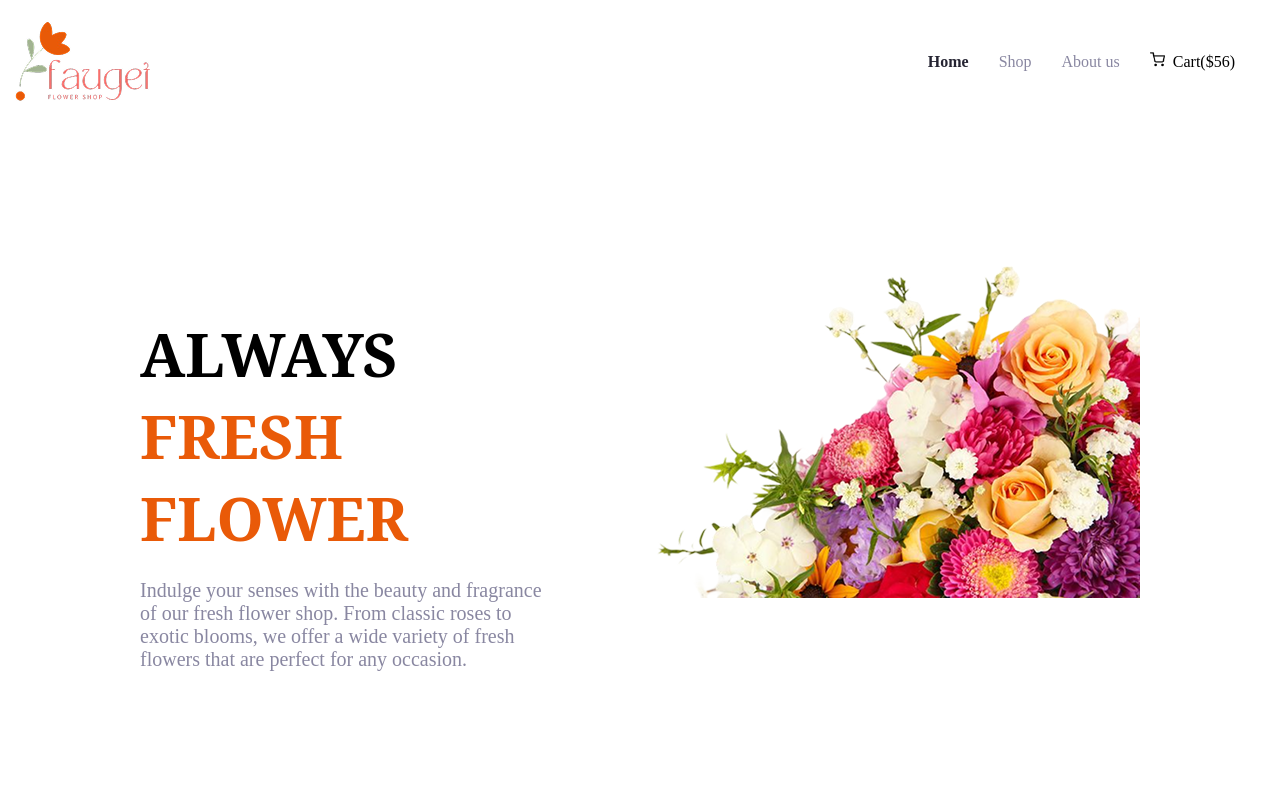
Repository: dollyrakhe22/Flowers-main-website
Page: index.html
The author's editor kept a copy of each file at every save. The page is drawn from the files as they stood at one save, then again after the next save.
The browser window is 1280 px wide. The pictures show the whole page.
Some web libraries are served in a nearby version.

Above is the page before, as saved 2025-07-25 11:15:19.

After the next save:
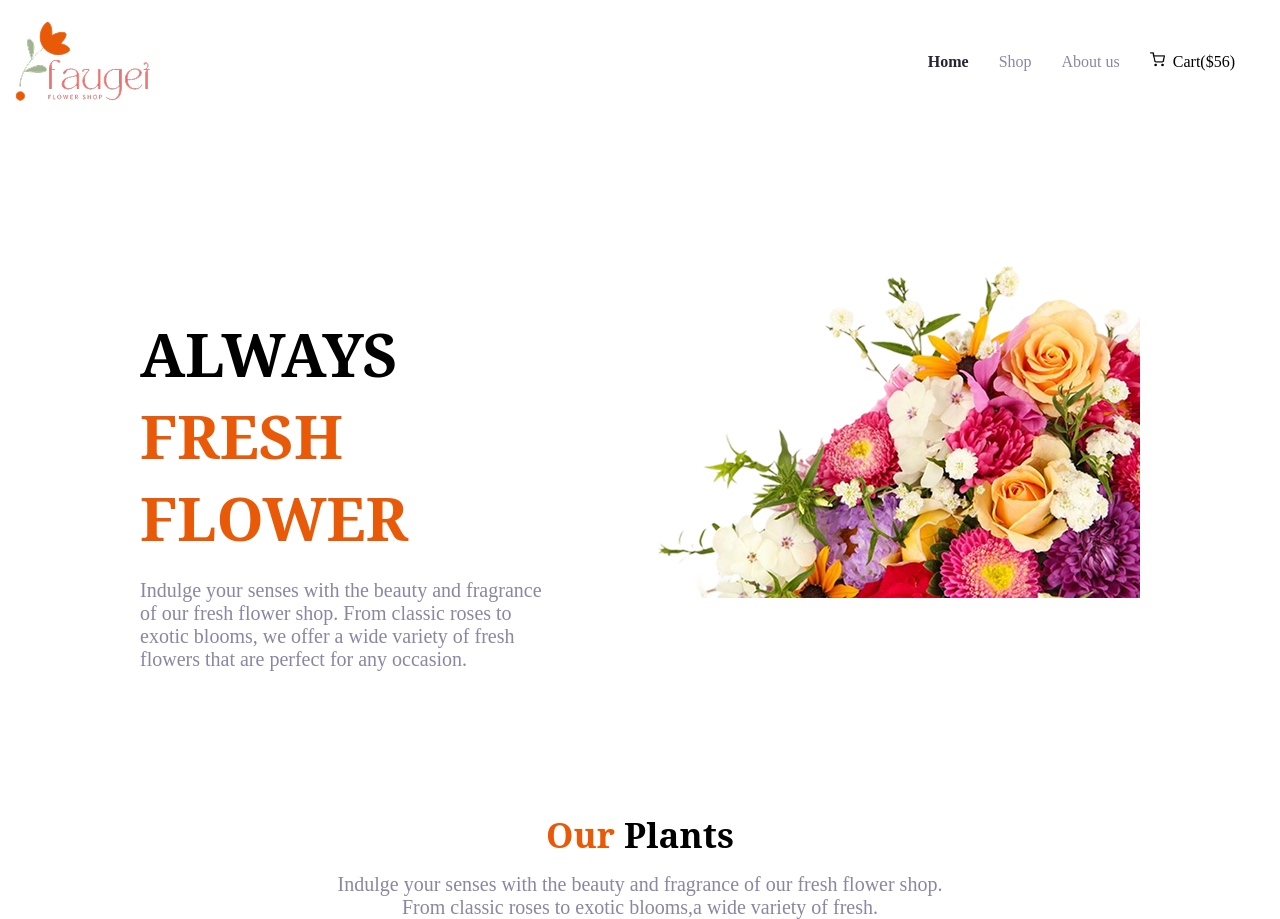
Saved 14 s later.
--- a/index.html
+++ b/index.html
@@ -37,7 +37,7 @@
 
  </section>
  <!--Plants-->
-<section class="plants-section" hidden>
+<section class="plants-section" >
 
     <h1 class="plant-title noto-serif-normal"><span class="primary-color">Our</span> Plants</h1>
     <p class="plant-description text-gray">Indulge your senses with the beauty
